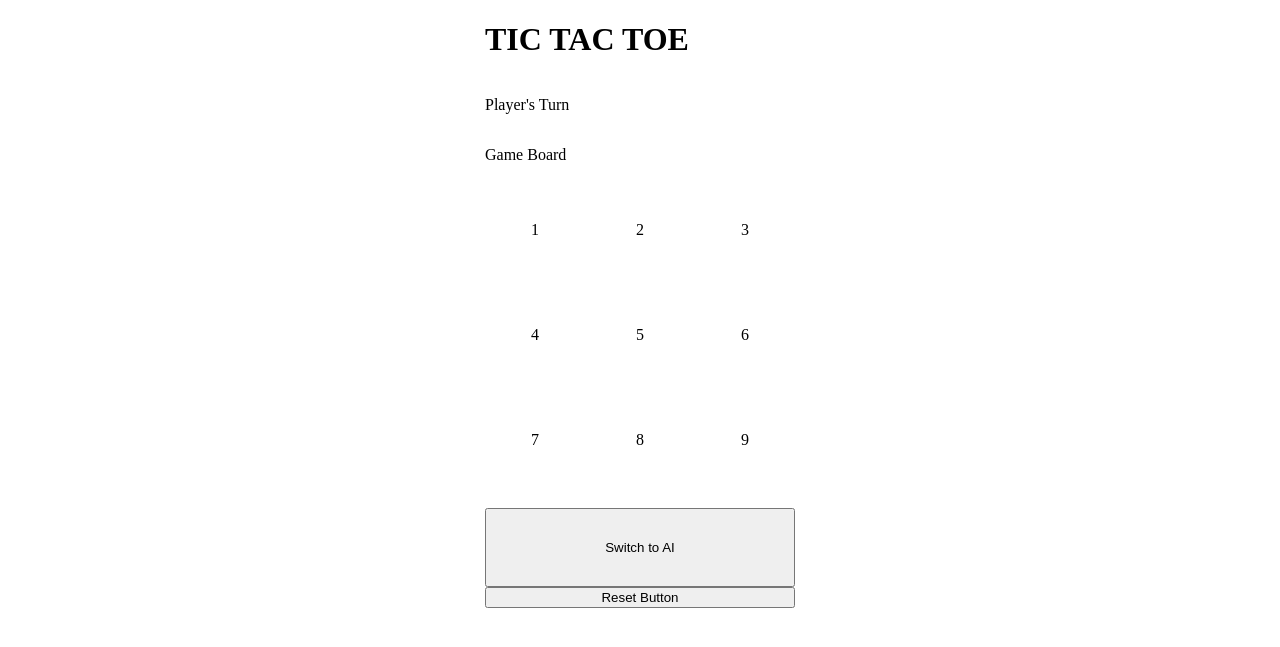
Repository: Yash19075/TicTacToe-game
Page: TicTacToe.html
An editor plug-in stored every save of this project. The page is shown before and after the next save, followed by the edit.
The browser window is 1280 px wide. The pictures show the whole page.

Above is the page before, as saved 2025-03-08 22:58:55.

### TicTacToe.html
<!DOCTYPE html>
<html lang="en">
<head>
    <meta charset="UTF-8">
    <meta name="viewport" content="width=device-width, initial-scale=1.0">
    <title>TicTacToe</title>
    <link rel="stylesheet" href="TicTacToe.css">
</head>
<body>
    <h1>TIC TAC TOE</h1>

    <p>Player's Turn</p>

    <p>Game Board</p>
    <div class="css-board">
        <div class="css-cell">1</div>
        <div class="css-cell">2</div>
        <div class="css-cell">3</div>
        <div class="css-cell">4</div>
        <div class="css-cell">5</div>
        <div class="css-cell">6</div>
        <div class="css-cell">7</div>
        <div class="css-cell">8</div>
        <div class="css-cell">9</div>
    </div>
    <br>
    <button class="css-switchButton">Switch to AI</button>
    <button>Reset Button</button>
</body>
</html>

### TicTacToe.css
body {
    justify-content: center;
    align-items: center;
    display: grid;
    height: 100px;
    margin: 0;
}

.css-board {
    display: grid;
    grid-template-columns: repeat(3, 100px);
    grid-template-rows: repeat(3, 100px);
    gap: 5px;
    align-items: center;
}

.css-board div {
    display: flex;
    justify-content: center;
    align-items: center;
}

.css-switchButton {
    padding: 30px 40px;
}

After the next save:
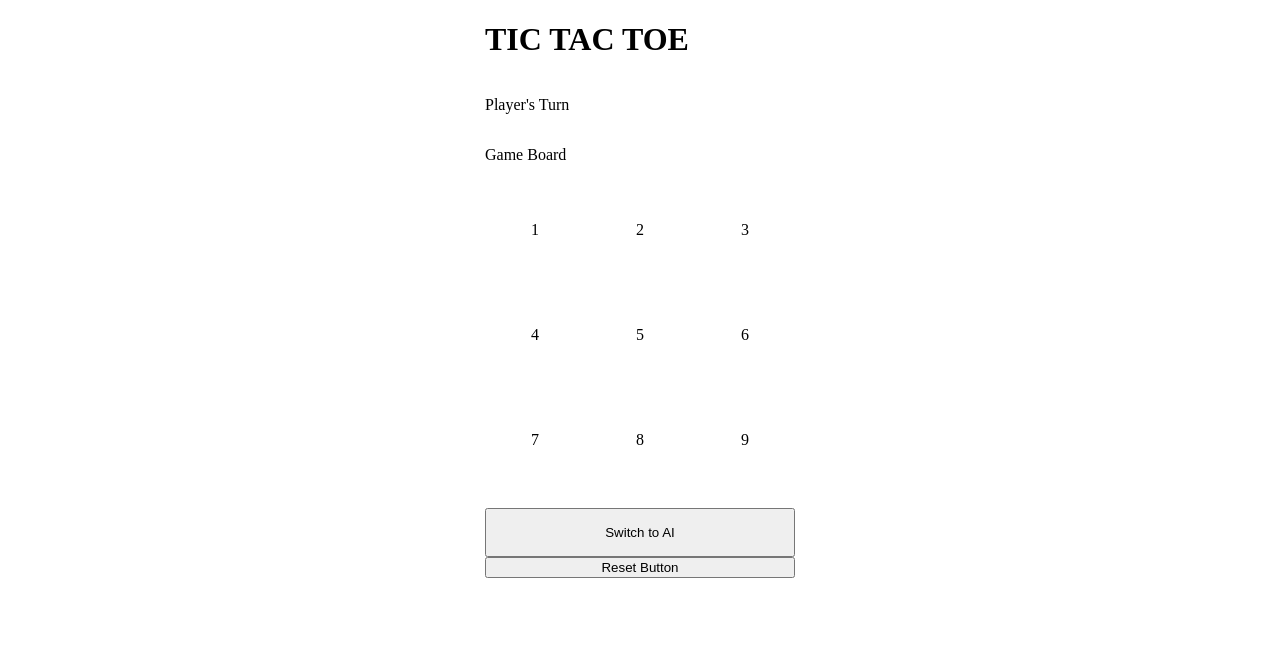
Saved 8 s later.
--- a/TicTacToe.css
+++ b/TicTacToe.css
@@ -21,5 +21,5 @@ body {
 }
 
 .css-switchButton {
-    padding: 30px 40px;
+    padding: 15px 40px;
 }
